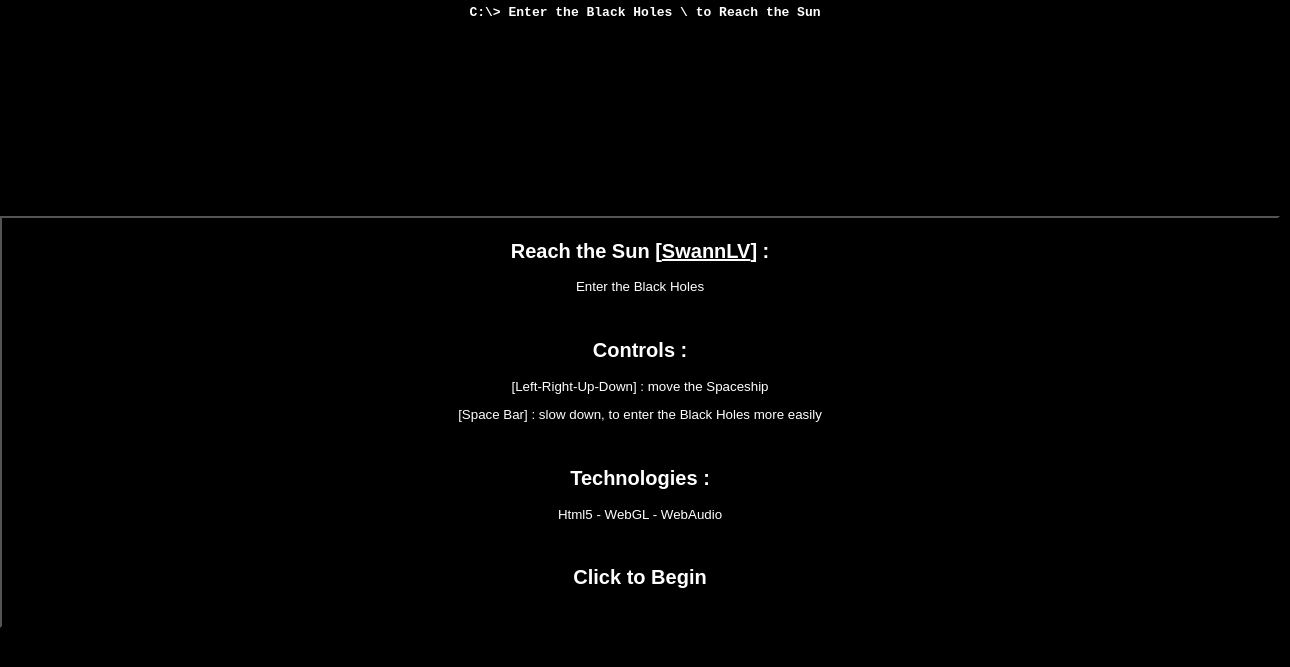
Repository: SwannLV/reach-the-sun
Page: Index.html
The author's editor kept a record of every edit. The page is drawn from the files as they stood at one moment, then again after the next edit.
The browser window is 1280 px wide. The page is 1290 px wide, so the pictures cover 1290 px, including what lies to the right of the window. The pictures show the whole page.
Some web libraries are served in a nearby version.

Above is the page before.
Console error: ReferenceError: THREE is not defined

### Index.html
<!DOCTYPE html>
<html lang="en">

    <head>
        <title>SwannLV</title>
        <meta charset="utf-8">
        <meta name="viewport" content="width=device-width, user-scalable=no, minimum-scale=1.0, maximum-scale=1.0">
        <style>
            body {
                color: #ffffff;
                font-family:Monospace;
                font-size:13px;
                text-align:center;
                font-weight: bold;
                background-color: #000000;
                margin: 0px;
                overflow: hidden;
            }
            #info {
                position: absolute;
                top: 0px;
                width: 100%;
                padding: 5px;
            }
            #start {
                position: absolute;
                top: 30%;
                left: 0%;
                width: 100%;
                padding: 5px;
            }
            #end {
                position: absolute;
                top: 50%;
                left: 0%;
                width: 100%;
                height: 20%;
                padding: 5px;
                display: none;
            }
            #infoMusic {
                position: absolute;
                bottom: 0px;
                right: 5px;
                padding: 5px;
            }
            #ongoing
            {
                position: absolute;
                top: 0px;
                right: 5px;
                padding: 5px;
                color: #ff0000;
            }
            a {
                color: #ffffff;
            }
        </style>
        <script type="text/javascript">
          var _gaq = _gaq || [];
          _gaq.push(['_setAccount', 'UA-36066678-1']);
          _gaq.push(['_trackPageview']);
          (function() {
            var ga = document.createElement('script'); ga.type = 'text/javascript'; ga.async = true;
            ga.src = ('https:' == document.location.protocol ? 'https://ssl' : 'http://www') + '.google-analytics.com/ga.js';
            var s = document.getElementsByTagName('script')[0]; s.parentNode.insertBefore(ga, s);
          })();
        </script>
        <script src="//ajax.googleapis.com/ajax/libs/jquery/1.8.3/jquery.min.js"></script>
    </head>

    <body>
        <div id="container"></div>
        <div id="info">
            C:\> Enter the Black Holes \ to Reach the Sun
        </div>

        <button id="start" style="background-color:black; color:white;">
            <h2>Reach the Sun [<a href="http://ca.linkedin.com/in/swannlv" target="_blank">SwannLV</a>] :</h2>
            <p>Enter the Black Holes</p><br/>
            <h2>Controls :</h2>
            <p>[Left-Right-Up-Down] : move the Spaceship</p>
            <p>[Space Bar] : slow down, to enter the Black Holes more easily</p><br/>
            <h2>Technologies :</h2>
            <p>Html5 - WebGL - WebAudio</p><br/>
            <h2>Click to Begin</h2>
            <br/>
        </button>
        <button id="end" style="background-color:black; color:white;">C:\> GAME OVER</button>

        <!--<div id="ongoing">-->
        <!--    <h3>Ongoing project</h3>-->
        <!--</div>-->
        <!--<div id="infoMusic">-->
        <!--    Music | Boris Banzo-->
        <!--</div>-->


        <script src="libs/three.min.js"></script>
        <script src='libs/THREEx.KeyboardState.js'></script>
        <script src="libs/shaders/ConvolutionShader.js"></script>
        <script src="libs/shaders/CopyShader.js"></script>
        <script src="libs/shaders/FilmShader.js"></script>
        <script src="libs/postprocessing/EffectComposer.js"></script>
        <script src="libs/postprocessing/ShaderPass.js"></script>
        <script src="libs/postprocessing/MaskPass.js"></script>
        <script src="libs/postprocessing/RenderPass.js"></script>
        <script src="libs/postprocessing/BloomPass.js"></script>
        <script src="libs/postprocessing/FilmPass.js"></script>
        <script src="libs/ImprovedNoise.js"></script>
        <script src="libs/Visualiser.js"></script>
        <script src="libs/Detector.js"></script>
        <script src="libs/stats.min.js"></script>
        <script src="libs/buffer-loader.js"></script>

        <script id="sunFragmentShader" type="x-shader/x-fragment">
            uniform float time;
            uniform vec2 resolution;
            uniform float fogDensity;
            uniform vec3 fogColor;
            uniform sampler2D texture1;
            uniform sampler2D texture2;
            varying vec2 vUv;

            void main(void) {
                vec2 position = -1.0 + 2.0 * vUv;
                vec4 noise = texture2D(texture1, vUv);
                vec2 T1 = vUv + vec2(1.5, - 1.5) * time * 0.02;
                vec2 T2 = vUv + vec2(-0.5, 2.0) * time * 0.01;

                T1.x += noise.x * 2.0;
                T1.y += noise.y * 2.0;
                T2.x -= noise.y * 0.2;
                T2.y += noise.z * 0.2;
                float p = texture2D(texture1, T1 * 2.0).a;
                vec4 color = texture2D(texture2, T2 * 2.0);
                vec4 temp = color * (vec4(p, p, p, p) * 2.0) + (color * color - 0.1);
                if (temp.r > 1.0) {
                    temp.bg += clamp(temp.r - 2.0, 0.0, 100.0);
                }
                if (temp.g > 1.0) {
                    temp.rb += temp.g - 1.0;
                }
                if (temp.b > 1.0) {
                    temp.rg += temp.b - 1.0;
                }
                gl_FragColor = temp;
                float depth = gl_FragCoord.z / gl_FragCoord.w;
                const float LOG2 = 1.442695;
                float fogFactor = exp2(-fogDensity * fogDensity * depth * depth * LOG2);
                fogFactor = 0.001; //1.0 - clamp( fogFactor, 0.0, 1.0 );
                gl_FragColor = mix(gl_FragColor, vec4(fogColor, gl_FragColor.w), fogFactor);
            }
        </script>

        <script id="sunVertexShader" type="x-shader/x-vertex">
            uniform vec2 uvScale;
            varying vec2 vUv;

            void main() {
                vUv = uvScale * uv;
                vec4 mvPosition = modelViewMatrix * vec4(position, 1.0);
                gl_Position = projectionMatrix * mvPosition;
            }
        </script>

        <script src="Game.js"></script>
    </body>

</html>

### libs/postprocessing/EffectComposer.js
/**
 * @author alteredq / http://alteredqualia.com/
 */

THREE.EffectComposer = function ( renderer, renderTarget ) {

    this.renderer = renderer;

	this.renderTarget1 = renderTarget;

	if ( this.renderTarget1 === undefined ) {

		var width = window.innerWidth || 1;
		var height = window.innerHeight || 1;

		this.renderTargetParameters = { minFilter: THREE.LinearFilter, magFilter: THREE.LinearFilter, format: THREE.RGBFormat, stencilBuffer: false };
		this.renderTarget1 = new THREE.WebGLRenderTarget( width, height, this.renderTargetParameters );

	}

	this.renderTarget2 = this.renderTarget1.clone();

	this.writeBuffer = this.renderTarget1;
	this.readBuffer = this.renderTarget2;

	this.passes = [];

	if ( THREE.CopyShader === undefined )
		console.error( "THREE.EffectComposer relies on THREE.CopyShader" );

	this.copyPass = new THREE.ShaderPass( THREE.CopyShader );

};

THREE.EffectComposer.prototype = {

	swapBuffers: function() {

		var tmp = this.readBuffer;
		this.readBuffer = this.writeBuffer;
		this.writeBuffer = tmp;

	},

	addPass: function ( pass ) {

		this.passes.push( pass );

	},

	render: function ( delta ) {

		this.writeBuffer = this.renderTarget1;
		this.readBuffer = this.renderTarget2;

		var maskActive = false;

		var pass, i, il = this.passes.length;

		for ( i = 0; i < il; i ++ ) {

			pass = this.passes[ i ];

			if ( !pass.enabled ) continue;

			pass.render( this.renderer, this.writeBuffer, this.readBuffer, delta, maskActive );

			if ( pass.needsSwap ) {

				if ( maskActive ) {

					var context = this.renderer.context;

					context.stencilFunc( context.NOTEQUAL, 1, 0xffffffff );

					this.copyPass.render( this.renderer, this.writeBuffer, this.readBuffer, delta );

					context.stencilFunc( context.EQUAL, 1, 0xffffffff );

				}

				this.swapBuffers();

			}

			if ( pass instanceof THREE.MaskPass ) {

				maskActive = true;

			} else if ( pass instanceof THREE.ClearMaskPass ) {

				maskActive = false;

			}

		}

	},

	reset: function ( renderTarget ) {

		this.renderTarget1 = renderTarget;

		if ( this.renderTarget1 === undefined ) {

			this.renderTarget1 = new THREE.WebGLRenderTarget( window.innerWidth, window.innerHeight, this.renderTargetParameters );

		}

		this.renderTarget2 = this.renderTarget1.clone();

		this.writeBuffer = this.renderTarget1;
		this.readBuffer = this.renderTarget2;

	}

};

// shared ortho camera

THREE.EffectComposer.camera = new THREE.OrthographicCamera( -1, 1, 1, -1, 0, 1 );

THREE.EffectComposer.quad = new THREE.Mesh( new THREE.PlaneGeometry( 2, 2 ), null );

THREE.EffectComposer.scene = new THREE.Scene();
THREE.EffectComposer.scene.add( THREE.EffectComposer.quad );

Loaded but not shown: libs/THREEx.KeyboardState.js (library); Game.js (686 lines, source omitted); libs/three.min.js (empty); libs/shaders/ConvolutionShader.js (empty); libs/shaders/CopyShader.js (empty); libs/shaders/FilmShader.js (empty); libs/postprocessing/ShaderPass.js (empty); libs/postprocessing/MaskPass.js (empty); libs/postprocessing/RenderPass.js (empty); libs/postprocessing/BloomPass.js (empty); libs/postprocessing/FilmPass.js (empty); libs/ImprovedNoise.js (empty); libs/Visualiser.js (empty); libs/Detector.js (empty); libs/stats.min.js (empty); libs/buffer-loader.js (empty)

After the next edit:
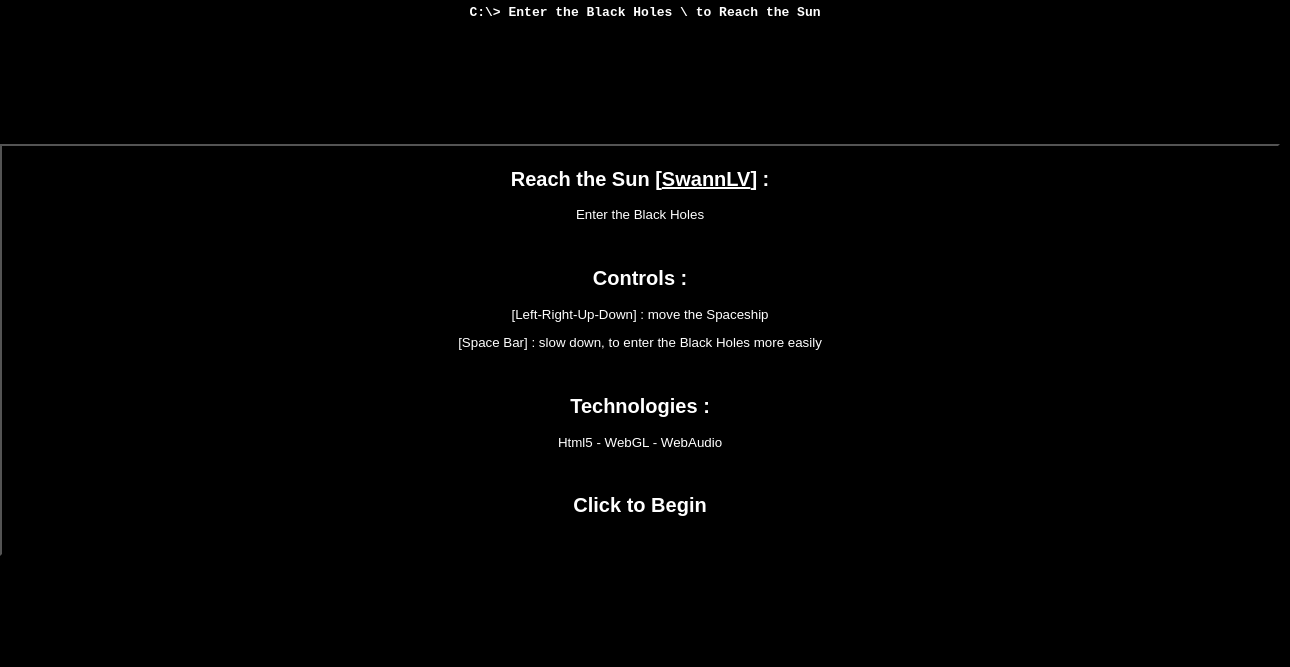
The edit:
--- a/Index.html
+++ b/Index.html
@@ -24,7 +24,7 @@
             }
             #start {
                 position: absolute;
-                top: 30%;
+                top: 20%;
                 left: 0%;
                 width: 100%;
                 padding: 5px;
